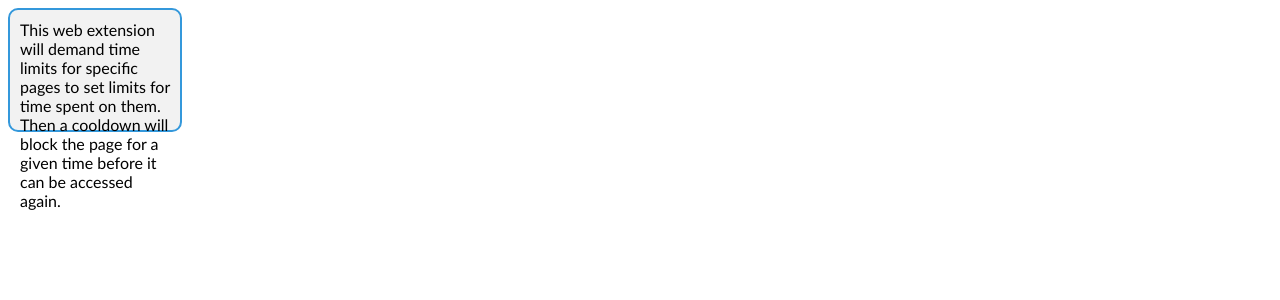
Repository: AndrlmMass/Time-management-chrome-extension
Page: popup.html
An editor plug-in stored every save of this project. The page is shown before and after a run of saves, followed by the edit.
The browser window is 1280 px wide. The pictures show the whole page.

Above is the page before, as saved 2023-08-22 15:14:51.

### popup.html
<!DOCTYPE html>
<html>
<head>
  <title>Popup</title>
  <link rel="stylesheet" type="text/css" href="styles.css">
</head>
<body>
  <div id="popup-container">
    <text> This web extension will demand time limits for specific pages to set limits for time spent on them. Then a cooldown will block the page for a given time before it can be accessed again.</text>
  </div>
  <script src="popup.js"></script>
</body>
</html>

### styles.css
@font-face {
  font-family: 'CustomFont';
  src: url('path/to/font.woff2') format('woff2'),
       url('path/to/font.woff') format('woff');
}

body {
  font-family: 'Calibri', sans-serif;
}

#popup-container {
    padding: 10px; /* Add padding to create space between text and border */
    margin: 0; /* Reset margin */
    width: 300px; /* Set a fixed width for the popup container */
    background-color: #f2f2f2; /* Background color */
    border: 2px solid #3498db; /* Border color and thickness */
    border-radius: 10px; /* Rounded corners */
  }

### popup.js
document.addEventListener('DOMContentLoaded', function() {
  // Get the popup's main container element
  const popupContainer = document.getElementById('popup-container');

  // Set custom width and height
  popupContainer.style.width = '150px';    // Adjust width as needed
  popupContainer.style.height = '100px';   // Adjust height as needed
});

After the next 2 saves:
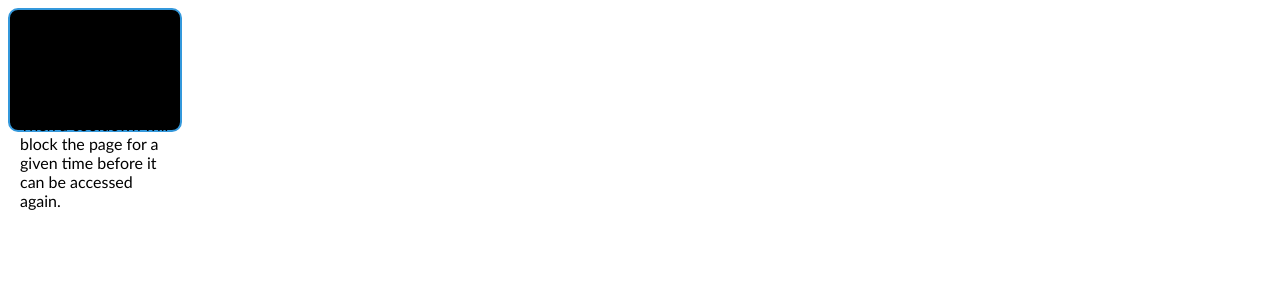
The 2 saves are shown as one change because they came seconds apart.
The last was saved 39 s later.
--- a/styles.css
+++ b/styles.css
@@ -12,7 +12,7 @@ body {
     padding: 10px; /* Add padding to create space between text and border */
     margin: 0; /* Reset margin */
     width: 300px; /* Set a fixed width for the popup container */
-    background-color: #f2f2f2; /* Background color */
+    background-color: #000000; /* Background color */
     border: 2px solid #3498db; /* Border color and thickness */
     border-radius: 10px; /* Rounded corners */
   }
